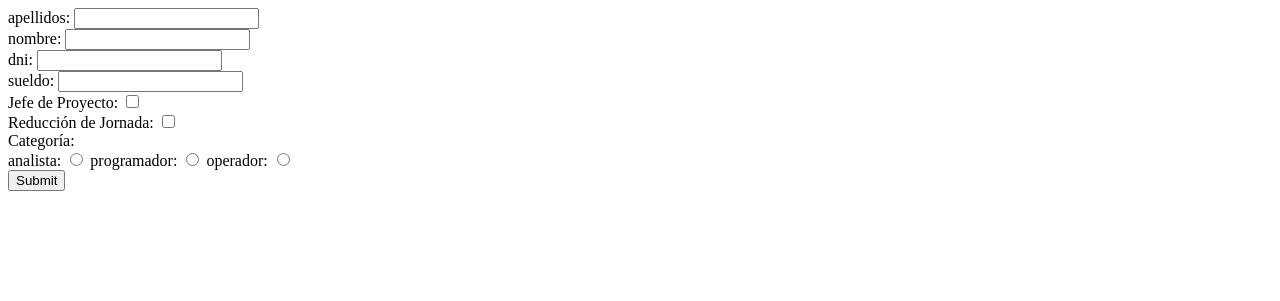
Repository: pedroblanch/ejerciciosPhp2021-2022
Page: http://localhost/formDatosEmpleado.php
The author's editor kept a copy of each file at every save. The page is drawn from the files as they stood at one save, then again after the next save.
The browser window is 1280 px wide. The pictures show the whole page.
The page is run by PHP 8.4 with error messages shown; the project is at /var/www/html/.

Above is the page before, as saved 2022-01-10 10:08:32.

### ejerciciosBasicos/formDatosEmpleado.php

<form action="mostrarDatosEmpleado.php" method='get'>
	<label for="apellidos">apellidos:</label>
	<input type="text" name="apellidos">
	<br>
	<label for="nombre">nombre:</label>
	<input type="text" name="nombre">
	<br>
	<label for="dni">dni:</label>
	<input type="text" name="dni">
	<br>
	<label for="sueldo">sueldo:</label>
	<input type="text" name="sueldo">
	<br>
	<label for="jefeProyecto">Jefe de Proyecto:</label>
	<input type='checkbox' name="jefeProyecto">
	<br>
	<label for="reduccionJornada">Reducción de Jornada:</label>
	<input type='checkbox' name="reduccionJornada">
	<br>
	Categoría:
	<br>
	<label for="categoria">analista:</label>
	<input type="radio" value="analista" name="categoria">
	<label for="categoria">programador:</label>
	<input type="radio" value="programador" name="categoria">
	<label for="categoria">operador:</label>
	<input type="radio" value="operador" name="categoria">
	<br> <input type="submit">
</form>

After the next save:
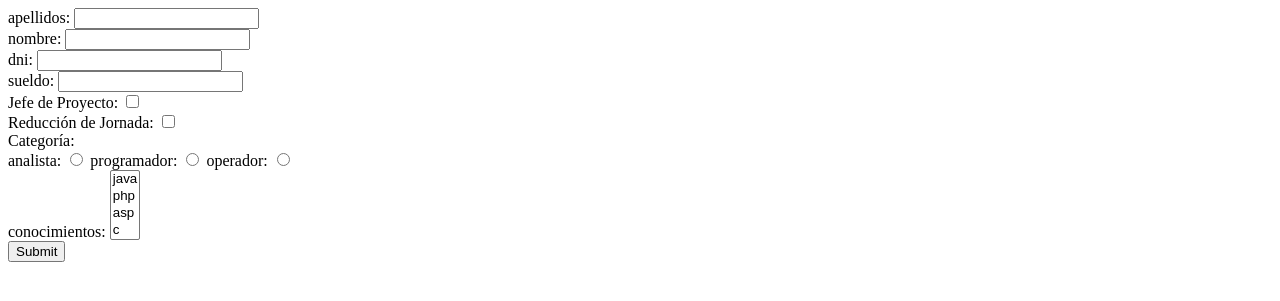
Saved 2 min 20 s later.
--- a/ejerciciosBasicos/formDatosEmpleado.php
+++ b/ejerciciosBasicos/formDatosEmpleado.php
@@ -26,5 +26,14 @@
 	<input type="radio" value="programador" name="categoria">
 	<label for="categoria">operador:</label>
 	<input type="radio" value="operador" name="categoria">
+	<br>
+	 <label for="conocimientos">conocimientos:</label>
+    <select name="conocimientos[]" multiple>
+      <option value="java">java</option>
+      <option value="php">php</option>
+      <option value="asp">asp</option>
+      <option value="c">c</option>
+    </select>
 	<br> <input type="submit">
+
 </form>
